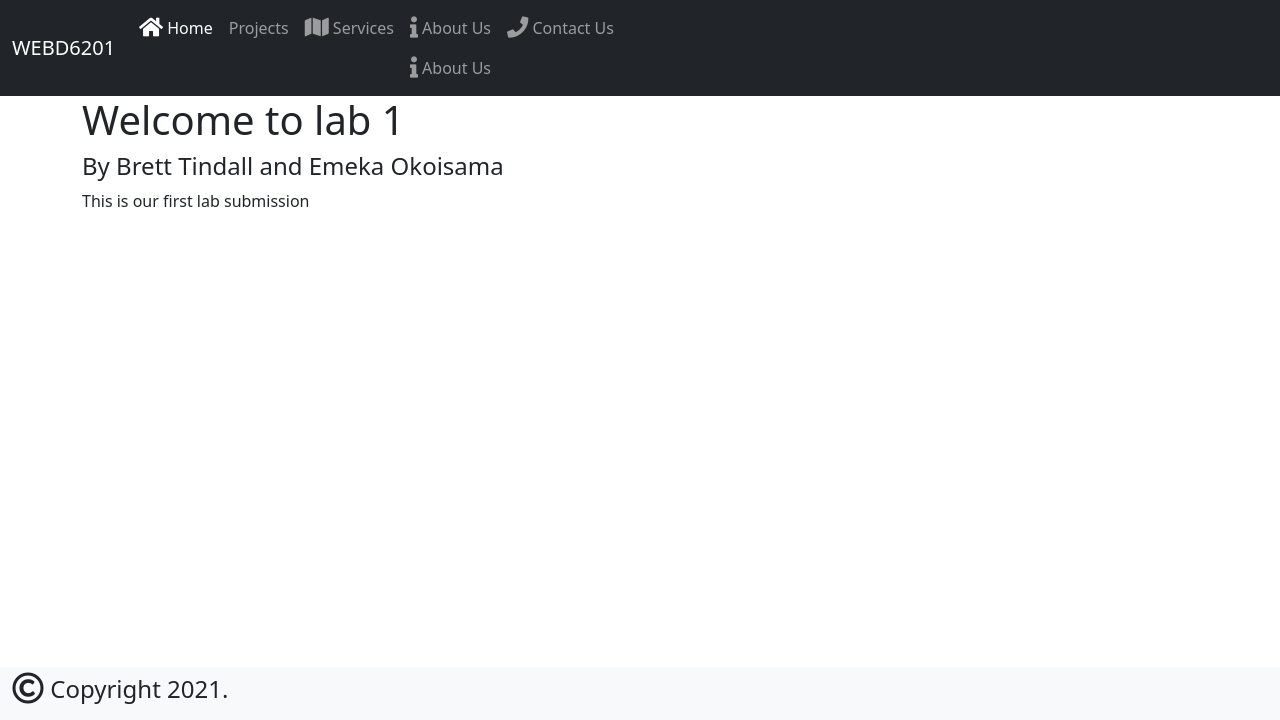
Repository: Sub4Sub/Lab_1
Page: index.html
An editor plug-in stored every save of this project. The page is shown before and after the next save, followed by the edit.
The browser window is 1280 px wide. The pictures show the whole page.

Above is the page before, as saved 2021-02-05 02:38:41.

### index.html
<!DOCTYPE html>
<html lang="en">
<head>
    <meta charset="UTF-8">
    <meta name="viewport" content="width=device-width, initial-scale=1.0">
    <title>Home</title>
    <!-- CSS Section -->
    <link rel="stylesheet" href="./node_modules/bootstrap/dist/css/bootstrap.min.css">
    <link rel="stylesheet" href="./node_modules/@fortawesome/fontawesome-free/css/all.min.css">
    <link rel="stylesheet" href="./Content/app.css">
</head>
<body>
    <!-- Main Header -->
    <header>
      <!-- Main Navigation -->
      <nav class="navbar navbar-expand-lg navbar-dark bg-dark">
          <div class="container-fluid">
            <a class="navbar-brand" href="index.html">WEBD6201</a>
            <button class="navbar-toggler" type="button" data-bs-toggle="collapse" data-bs-target="#navbarSupportedContent" aria-controls="navbarSupportedContent" aria-expanded="false" aria-label="Toggle navigation">
              <span class="navbar-toggler-icon"></span>
            </button>
            <div class="collapse navbar-collapse" id="navbarSupportedContent">
              <ul class="navbar-nav me-auto mb-2 mb-lg-0">
                <li class="nav-item">
                  <a class="nav-link active" aria-current="page" href="index.html"><i class="fas fa-home fa-lg"></i> Home</a>
                </li>

                <li class="nav-item">
                  <a class="nav-link" id="productsLink" aria-current="page" href="products.html"><i class="fas fa-cog fa-lg"></i> Products</a>
                </li>

                <li class="nav-item">
                  <a class="nav-link" aria-current="page" href="services.html"><i class="fas fa-map fa-lg"></i> Services</a>
                </li>

                <li class="nav-item" id="aboutUsList">
                  <a class="nav-link" id="aboutUsLink" aria-current="page" href="about.html"><i class="fas fa-info fa-lg"></i> About Us</a>
                </li>

                <li class="nav-item">
                  <a class="nav-link" aria-current="page" href="contact.html"><i class="fas fa-phone fa-lg"></i> Contact Us</a>
                </li>
              </ul>
            </div>
          </div>
        </nav>
  </header>

    <!-- Main Content -->
    <main class="container">
    </main>



    <!-- Script Section-->
    <script src="./node_modules/jquery/dist/jquery.min.js"></script>
    <script src="./node_modules/bootstrap/dist/js/bootstrap.bundle.min.js"></script>
    <script src="./Scripts/app.js"></script>
</body>
</html>

### Scripts/app.js

"use strict";


(function()
{

    function displayHome()
    {
        let indexHeading = document.createElement("h1");

        indexHeading.setAttribute("id", "indexHeading");
        indexHeading.textContent = `Welcome to lab 1`;
        //indexHeading.className = "fs-4 fw-bold";

        let mainContent = document.querySelector("main");
        mainContent.appendChild(indexHeading);

        let newDivTag = document.createElement("div");
        newDivTag.innerHTML =
        `<h4>By Brett Tindall and Emeka Okoisama</h4>
        <p id="paragraphThree"> This is our first lab submission </p>`;

        mainContent.append(newDivTag);


    }

    function displayContact()
    {
      let contactHeading = document.createElement("h1");

      contactHeading.setAttribute("id", "contactHeading");
      contactHeading.textContent = "Enter a Contact";

      let mainContent = document.querySelector("main");
      mainContent.appendChild(contactHeading);

      let newDivTag = document.createElement("div");
      newDivTag.innerHTML =
      `<div id="messageArea"></div>

      <div class="row justify-content-lg-center g-3">
        <form class="col-lg-6 col-md-10 col-sm-10">

          <div class="input-group mb-3">
            <span class="input-group-text" id="inputGroup-sizing-default">Full Name </span>
            <input id="fullName" type="text" class="form-control" aria-label="Full Name" aria-describedby="Full Name Input"
            name="fullName" required>
          </div>

          <div class="input-group mb-3">
            <span class="input-group-text" id="inputGroup-sizing-default">Contact Number</span>
            <input id="contactNumber" type="tel" class="form-control" aria-label="Contact Number" aria-describedby="Contact Number Input"
            name="contactNumber" required>
          </div>

          <div class="input-group mb-3">
            <span class="input-group-text" id="inputGroup-sizing-default">Email</span>
            <input id="emailAddress" type="email" class="form-control" aria-label="Email Address" aria-describedby="Email Address Input"
            name="emailAddress" required>
          </div>

          <button id="sendButton" type="submit" class="btn btn-primary"><i class="fas fa-envelope fa-lg"></i> Send</button>
          <button id="cancelButton" type="reset" class="btn btn-warning"><i class="fas fa-undo fa-lg"></i> Cancel</button>
        </form>
      </div>`;

      mainContent.append(newDivTag);


      let sendButton = document.getElementById("sendButton");

        sendButton.addEventListener("click", function(event){

          window.location.href = '/index.html';

        });

    }

    function displayHeader()
    {
      let indexHeading = document.createElement("h1");

        indexHeading.setAttribute("id", "indexHeading");
        indexHeading.textContent = `<nav class="navbar navbar-expand-lg navbar-dark bg-dark">
        <div class="container-fluid">
          <a class="navbar-brand" href="index.html">WEBD6201</a>
          <button class="navbar-toggler" type="button" data-bs-toggle="collapse" data-bs-target="#navbarSupportedContent" aria-controls="navbarSupportedContent" aria-expanded="false" aria-label="Toggle navigation">
            <span class="navbar-toggler-icon"></span>
          </button>
          <div class="collapse navbar-collapse" id="navbarSupportedContent">
            <ul class="navbar-nav me-auto mb-2 mb-lg-0">
              <li class="nav-item">
                <a class="nav-link active" aria-current="page" href="index.html"><i class="fas fa-home fa-lg"></i> Home</a>
              </li>

              <li class="nav-item">
                <a class="nav-link" id="productsLink" aria-current="page" href="products.html"><i class="fas fa-cog fa-lg"></i> Products</a>
              </li>

              <li class="nav-item">
                <a class="nav-link" aria-current="page" href="services.html"><i class="fas fa-map fa-lg"></i> Services</a>
              </li>

              <li class="nav-item" id="aboutUsList">
                <a class="nav-link" id="aboutUsLink" aria-current="page" href="about.html"><i class="fas fa-info fa-lg"></i> About Us</a>
              </li>

              <li class="nav-item">
                <a class="nav-link" aria-current="page" href="contact.html"><i class="fas fa-phone fa-lg"></i> Contact Us</a>
              </li>
            </ul>
          </div>
        </div>
      </nav>`;

    }

    function displayFooter()
    {
      let mainContent = document.querySelector("main");

      let newFooterTag = document.createElement("footer");

      newFooterTag.innerHTML =
      `
      <footer>
        <nav class="navbar fixed-bottom navbar-light bg-light">
            <div class="container-fluid">
              <h4><i class="far fa-copyright fa-lg"></i> Copyright 2021.</h4>
            </div>
          </nav>
    </footer>
      `

      mainContent.append(newFooterTag);

    }

    function addHumanResourcesButton()
    {

      let aboutUsLink = document.getElementById("aboutUsList");

      let newListItem = document.createElement("li");

      newListItem.innerHTML =
      `
      <li class="nav-item">
        <a class="nav-link" id="aboutUsLink" aria-current="page" href="about.html"><i class="fas fa-info fa-lg"></i> About Us</a>
      </li>
      `

      aboutUsLink.appendChild(newListItem);

    }

    function Start()
    {
        console.log("App Started...");

        let productsButton = document.getElementById("productsLink");

        productsButton.textContent = "Projects";

        addHumanResourcesButton();

        switch (document.title)
        {
          case "Home":
              displayHome();
            break;
          case "About":
              displayAbout();
            break;
          case "Projects":
              displayProjects();
            break;
          case "Services":
              displayServices();
            break;
          case "Contact":
              displayContact();
            break;
        }

    }

    displayFooter();

    window.addEventListener("load", Start);

})();

Loaded but not shown: node_modules/bootstrap/dist/css/bootstrap.min.css (library); node_modules/@fortawesome/fontawesome-free/css/all.min.css (library); node_modules/jquery/dist/jquery.min.js (library); node_modules/bootstrap/dist/js/bootstrap.bundle.min.js (library); Content/app.css (no stored copy; drawn as an empty file)

After the next save:
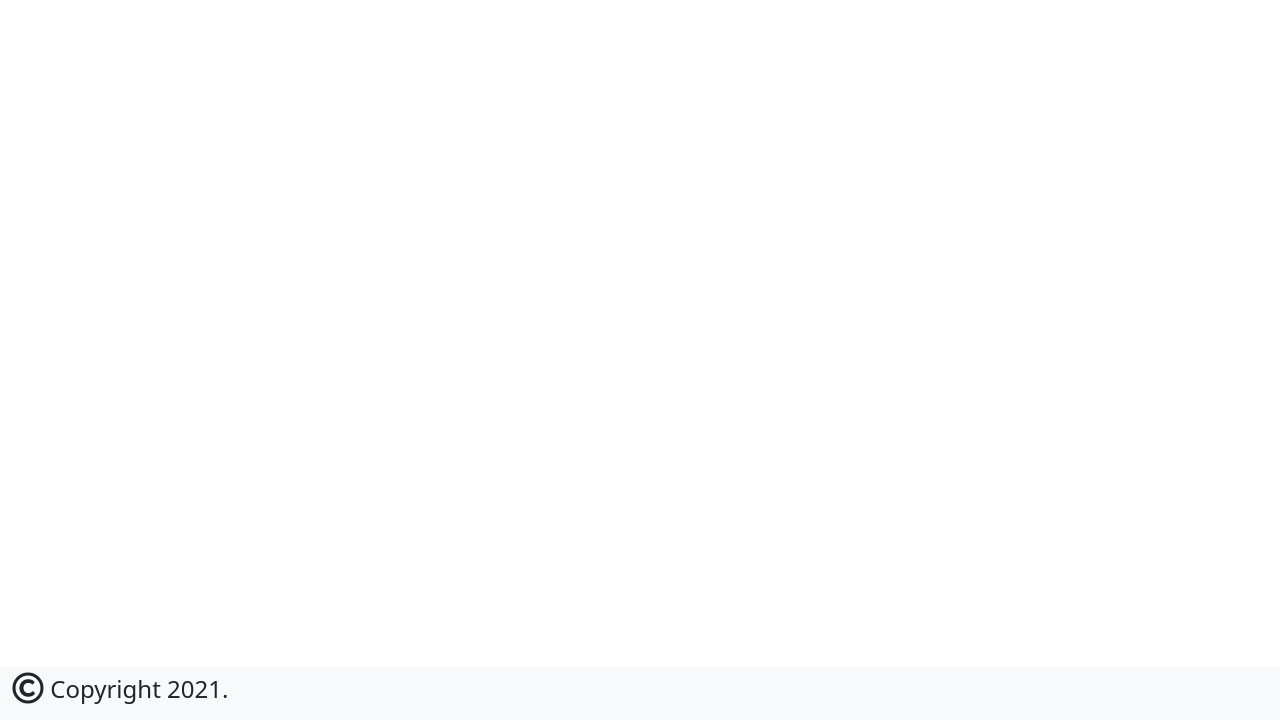
Console error: TypeError: Cannot set properties of null (setting 'textContent')
Saved 11 s later.
--- a/index.html
+++ b/index.html
@@ -11,40 +11,7 @@
 </head>
 <body>
     <!-- Main Header -->
-    <header>
-      <!-- Main Navigation -->
-      <nav class="navbar navbar-expand-lg navbar-dark bg-dark">
-          <div class="container-fluid">
-            <a class="navbar-brand" href="index.html">WEBD6201</a>
-            <button class="navbar-toggler" type="button" data-bs-toggle="collapse" data-bs-target="#navbarSupportedContent" aria-controls="navbarSupportedContent" aria-expanded="false" aria-label="Toggle navigation">
-              <span class="navbar-toggler-icon"></span>
-            </button>
-            <div class="collapse navbar-collapse" id="navbarSupportedContent">
-              <ul class="navbar-nav me-auto mb-2 mb-lg-0">
-                <li class="nav-item">
-                  <a class="nav-link active" aria-current="page" href="index.html"><i class="fas fa-home fa-lg"></i> Home</a>
-                </li>
 
-                <li class="nav-item">
-                  <a class="nav-link" id="productsLink" aria-current="page" href="products.html"><i class="fas fa-cog fa-lg"></i> Products</a>
-                </li>
-
-                <li class="nav-item">
-                  <a class="nav-link" aria-current="page" href="services.html"><i class="fas fa-map fa-lg"></i> Services</a>
-                </li>
-
-                <li class="nav-item" id="aboutUsList">
-                  <a class="nav-link" id="aboutUsLink" aria-current="page" href="about.html"><i class="fas fa-info fa-lg"></i> About Us</a>
-                </li>
-
-                <li class="nav-item">
-                  <a class="nav-link" aria-current="page" href="contact.html"><i class="fas fa-phone fa-lg"></i> Contact Us</a>
-                </li>
-              </ul>
-            </div>
-          </div>
-        </nav>
-  </header>
 
     <!-- Main Content -->
     <main class="container">

After the 4 saves that followed:
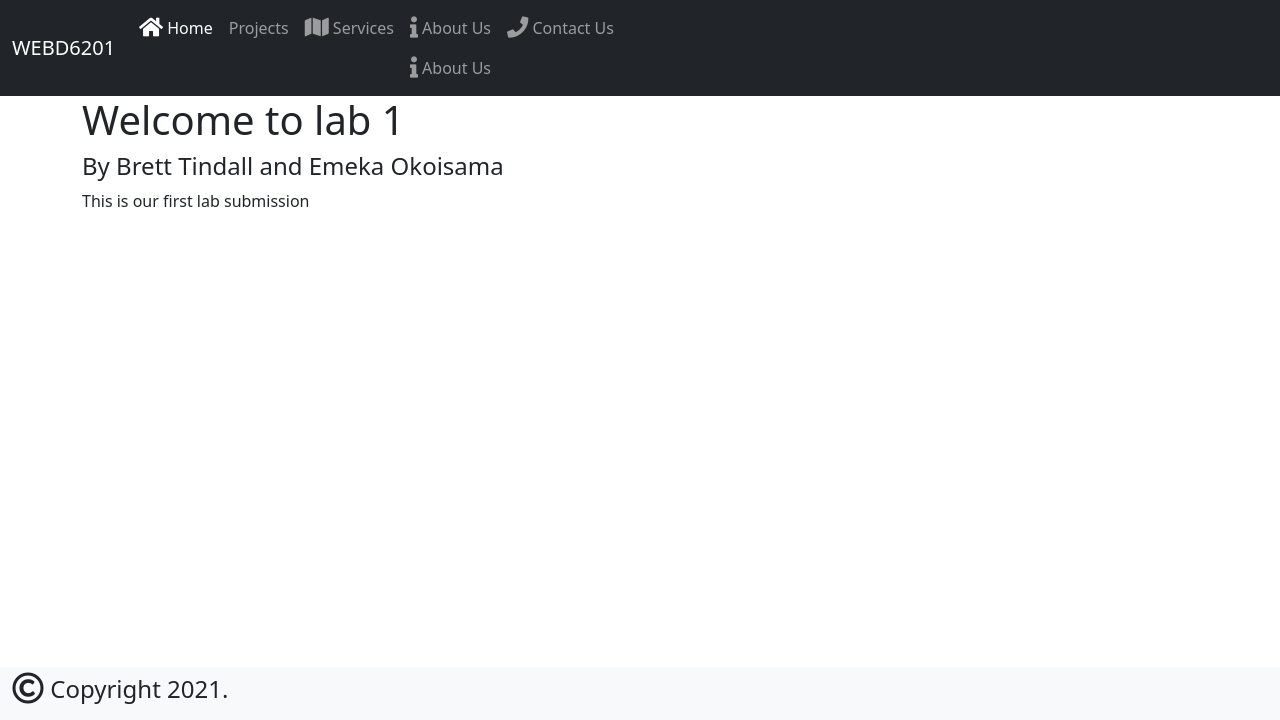
The error is gone.
The 4 saves are shown as one change because 3 left the picture as it was.
The last was saved 115 s later.
--- a/index.html
+++ b/index.html
@@ -11,7 +11,40 @@
 </head>
 <body>
     <!-- Main Header -->
+    <header>
+      <!-- Main Navigation -->
+      <nav class="navbar navbar-expand-lg navbar-dark bg-dark">
+          <div class="container-fluid">
+            <a class="navbar-brand" href="index.html">WEBD6201</a>
+            <button class="navbar-toggler" type="button" data-bs-toggle="collapse" data-bs-target="#navbarSupportedContent" aria-controls="navbarSupportedContent" aria-expanded="false" aria-label="Toggle navigation">
+              <span class="navbar-toggler-icon"></span>
+            </button>
+            <div class="collapse navbar-collapse" id="navbarSupportedContent">
+              <ul class="navbar-nav me-auto mb-2 mb-lg-0">
+                <li class="nav-item">
+                  <a class="nav-link active" aria-current="page" href="index.html"><i class="fas fa-home fa-lg"></i> Home</a>
+                </li>
 
+                <li class="nav-item">
+                  <a class="nav-link" id="productsLink" aria-current="page" href="products.html"><i class="fas fa-cog fa-lg"></i> Products</a>
+                </li>
+
+                <li class="nav-item">
+                  <a class="nav-link" aria-current="page" href="services.html"><i class="fas fa-map fa-lg"></i> Services</a>
+                </li>
+
+                <li class="nav-item" id="aboutUsList">
+                  <a class="nav-link" id="aboutUsLink" aria-current="page" href="about.html"><i class="fas fa-info fa-lg"></i> About Us</a>
+                </li>
+
+                <li class="nav-item">
+                  <a class="nav-link" aria-current="page" href="contact.html"><i class="fas fa-phone fa-lg"></i> Contact Us</a>
+                </li>
+              </ul>
+            </div>
+          </div>
+        </nav>
+  </header>
 
     <!-- Main Content -->
     <main class="container">
--- a/Scripts/app.js
+++ b/Scripts/app.js
@@ -85,36 +85,36 @@
 
         indexHeading.setAttribute("id", "indexHeading");
         indexHeading.textContent = `<nav class="navbar navbar-expand-lg navbar-dark bg-dark">
-        <div class="container-fluid">
-          <a class="navbar-brand" href="index.html">WEBD6201</a>
-          <button class="navbar-toggler" type="button" data-bs-toggle="collapse" data-bs-target="#navbarSupportedContent" aria-controls="navbarSupportedContent" aria-expanded="false" aria-label="Toggle navigation">
-            <span class="navbar-toggler-icon"></span>
-          </button>
-          <div class="collapse navbar-collapse" id="navbarSupportedContent">
-            <ul class="navbar-nav me-auto mb-2 mb-lg-0">
-              <li class="nav-item">
-                <a class="nav-link active" aria-current="page" href="index.html"><i class="fas fa-home fa-lg"></i> Home</a>
-              </li>
+          <div class="container-fluid">
+            <a class="navbar-brand" href="index.html">WEBD6201</a>
+            <button class="navbar-toggler" type="button" data-bs-toggle="collapse" data-bs-target="#navbarSupportedContent" aria-controls="navbarSupportedContent" aria-expanded="false" aria-label="Toggle navigation">
+              <span class="navbar-toggler-icon"></span>
+            </button>
+            <div class="collapse navbar-collapse" id="navbarSupportedContent">
+              <ul class="navbar-nav me-auto mb-2 mb-lg-0">
+                <li class="nav-item">
+                  <a class="nav-link active" aria-current="page" href="index.html"><i class="fas fa-home fa-lg"></i> Home</a>
+                </li>
 
-              <li class="nav-item">
-                <a class="nav-link" id="productsLink" aria-current="page" href="products.html"><i class="fas fa-cog fa-lg"></i> Products</a>
-              </li>
+                <li class="nav-item">
+                  <a class="nav-link" id="productsLink" aria-current="page" href="products.html"><i class="fas fa-cog fa-lg"></i> Products</a>
+                </li>
 
-              <li class="nav-item">
-                <a class="nav-link" aria-current="page" href="services.html"><i class="fas fa-map fa-lg"></i> Services</a>
-              </li>
+                <li class="nav-item">
+                  <a class="nav-link" aria-current="page" href="services.html"><i class="fas fa-map fa-lg"></i> Services</a>
+                </li>
 
-              <li class="nav-item" id="aboutUsList">
-                <a class="nav-link" id="aboutUsLink" aria-current="page" href="about.html"><i class="fas fa-info fa-lg"></i> About Us</a>
-              </li>
+                <li class="nav-item" id="aboutUsList">
+                  <a class="nav-link" id="aboutUsLink" aria-current="page" href="about.html"><i class="fas fa-info fa-lg"></i> About Us</a>
+                </li>
 
-              <li class="nav-item">
-                <a class="nav-link" aria-current="page" href="contact.html"><i class="fas fa-phone fa-lg"></i> Contact Us</a>
-              </li>
-            </ul>
+                <li class="nav-item">
+                  <a class="nav-link" aria-current="page" href="contact.html"><i class="fas fa-phone fa-lg"></i> Contact Us</a>
+                </li>
+              </ul>
+            </div>
           </div>
-        </div>
-      </nav>`;
+        </nav>`;
 
     }
 
